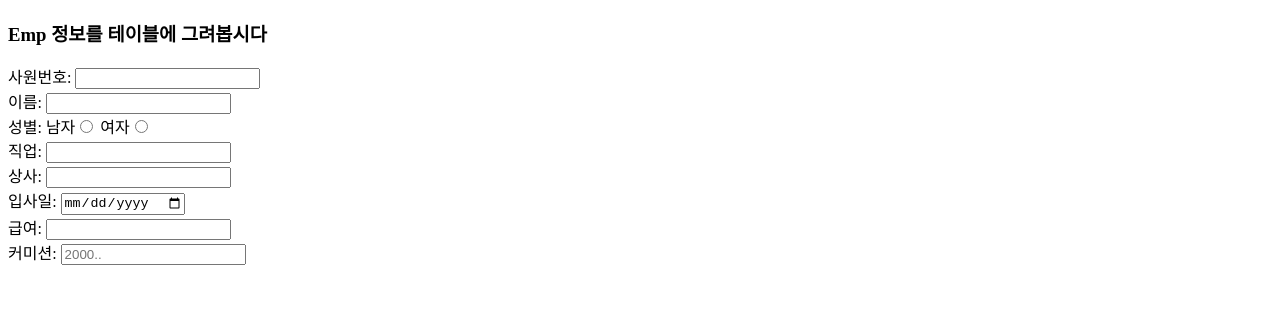
Repository: YeonHaw/jsp
Page: JSPBasic/src/main/webapp/HTML/Quiz01.html
An editor plug-in stored every save of this project. The page is shown before and after the next save, followed by the edit.
The browser window is 1280 px wide. The pictures show the whole page.

Above is the page before, as saved 2023-12-27 05:28:20.

### JSPBasic/src/main/webapp/HTML/Quiz01.html
<!DOCTYPE html>
<html>
<head>
<meta charset="UTF-8">
<title>Insert title here</title>
</head>
<body>

<h3>Emp 정보를 테이블에 그려봅시다</h3>

<form>
	사원번호: <input type="number" name="ID" size="15" maxlength="5"><br>
	이름: <input type="text" name="name"><br>
	성별:
	남자<input type="radio"name="bl">
	여자<input type="radio"name="bl"><br>
	직업: <input type="text" name="job"><br>
	상사: <input type="number" name="master" size="2" maxlength="4"><br>
	입사일: <input type="date" name="hire" size="30" placeholder="2012-01-01"><br>
	급여: <input type="number" name="salary"><br>
	커미션: <input type="number" name="commition" placeholder="2000.."><br>

</form>

</body>
</html>

After the next save:
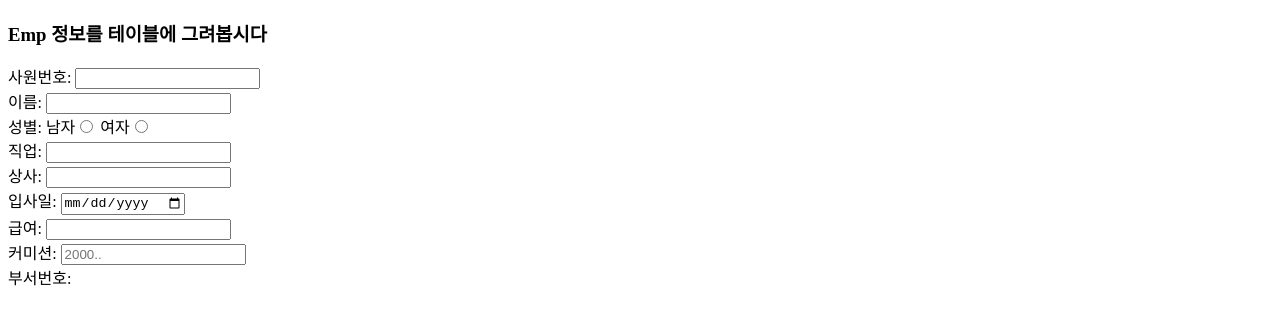
Saved 6 min 27 s later.
--- a/JSPBasic/src/main/webapp/HTML/Quiz01.html
+++ b/JSPBasic/src/main/webapp/HTML/Quiz01.html
@@ -19,6 +19,7 @@
 	입사일: <input type="date" name="hire" size="30" placeholder="2012-01-01"><br>
 	급여: <input type="number" name="salary"><br>
 	커미션: <input type="number" name="commition" placeholder="2000.."><br>
+	부서번호:
 
 </form>
 
